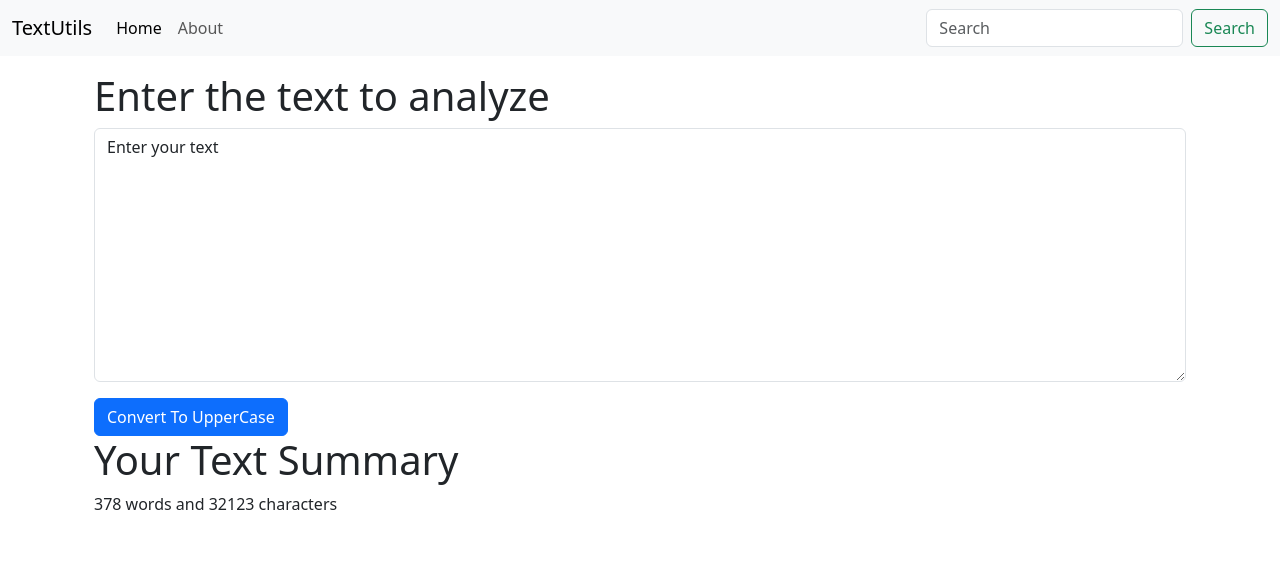
Repository: Rohit-foryou/Text-Utils
Page: /
The author's editor kept a copy of each file at every save. The page is drawn from the files as they stood at one save, then again after the next save.
The browser window is 1280 px wide. The pictures show the whole page.
The project was rebuilt for these pictures with package versions that can differ from the ones it lists, and the page was loaded fresh each time. Also part of the build but not shown: src/index.css, src/App.css.

Above is the page before, as saved 2023-12-20 21:08:57.

### public/index.html
<!DOCTYPE html>
<html lang="en">
  <head>
    <meta charset="utf-8" />
    <link rel="icon" href="%PUBLIC_URL%/favicon.ico" />
    <meta name="viewport" content="width=device-width, initial-scale=1" />
    <meta name="theme-color" content="#000000" />
    <meta
      name="description"
      content="Web site created using create-react-app"
    />
    <link rel="apple-touch-icon" href="%PUBLIC_URL%/logo192.png" />
    <link rel="manifest" href="%PUBLIC_URL%/manifest.json" />

    <!-- Bootstrap CSS -->
    <link href="https://cdn.jsdelivr.net/npm/bootstrap@5.3.2/dist/css/bootstrap.min.css" rel="stylesheet" integrity="sha384-T3c6CoIi6uLrA9TneNEoa7RxnatzjcDSCmG1MXxSR1GAsXEV/Dwwykc2MPK8M2HN" crossorigin="anonymous">

    <title>React App</title>
  </head>
  <body>
    <noscript>You need to enable JavaScript to run this app.</noscript>
    <div id="root"></div>

    <script src="https://cdn.jsdelivr.net/npm/bootstrap@5.3.2/dist/js/bootstrap.bundle.min.js" integrity="sha384-C6RzsynM9kWDrMNeT87bh95OGNyZPhcTNXj1NW7RuBCsyN/o0jlpcV8Qyq46cDfL" crossorigin="anonymous"></script>
  </body>
</html>

### src/App.js
import "./App.css";
import Navbar from "./components/Navbar";
import TextForm from "./components/TextForm";


function App() {
  return (
    <>
      <Navbar title = "TextUtils" aboutText = "About"/>
      <div className="container my-3">
      <TextForm heading = "Enter the text to analyze"/>
      </div>
    </>
  );
}

export default App;

### src/components/Navbar.js
import React from 'react'
import PropTypes from 'prop-types'


export default function Navbar(props) {
  return (
    <nav className="navbar navbar-expand-lg bg-body-tertiary">
        <div className="container-fluid">
          <a className="navbar-brand" href="/">{props.title}</a>
          <button className="navbar-toggler" type="button" data-bs-toggle="collapse" data-bs-target="#navbarSupportedContent" aria-controls="navbarSupportedContent" aria-expanded="false" aria-label="Toggle navigation">
            <span className="navbar-toggler-icon"></span>
          </button>
          <div className="collapse navbar-collapse" id="navbarSupportedContent">
            <ul className="navbar-nav me-auto mb-2 mb-lg-0">
              <li className="nav-item">
                <a className="nav-link active" aria-current="page" href="/">Home</a>
              </li>
              <li className="nav-item">
                <a className="nav-link" href="/">{props.aboutText}</a>
              </li>
            </ul>
            <form className="d-flex" role="search">
              <input className="form-control me-2" type="search" placeholder="Search" aria-label="Search"/>
              <button className="btn btn-outline-success" type="submit">Search</button>
            </form>
          </div>
        </div>
      </nav>
  )
}

Navbar.propTypes = {title: PropTypes.string.isRequired,
                     AboutText: PropTypes.string}

// Navbar.defaultProps = {
//     title: 'write title',
//     aboutText: 'About',
// }

### src/components/TextForm.js
import React, {useState} from 'react'


export default function TextForm(props) {
  const handleUpClick = ()=>{
      // console.log("uppercase is clicked" + text)
      let newText =  text.toUpperCase();
      setText(newText)
  }
  const handleOnChange = (event)=>{
      // console.log("On change")
      setText(event.target.value)
  }
  const [text, setText] = useState('Enter your text');
  return (
    <>
    <div className='container'>
        <h1>{props.heading}</h1>
        <div className="mb-3">
        <textarea className="form-control" value = {text} onChange={handleOnChange} id="myBox" rows="10"></textarea>
        </div>
        <button className="btn btn-primary" onClick={handleUpClick}>Convert To UpperCase</button>
    </div>
    <div className="container my3">
      <h1>Your Text Summary</h1>
      <p>378 words and 32123 characters</p>
    </div>
    </>
  )
}

Loaded but not shown: src/index.js (common file); src/reportWebVitals.js (common file)

After the next save:
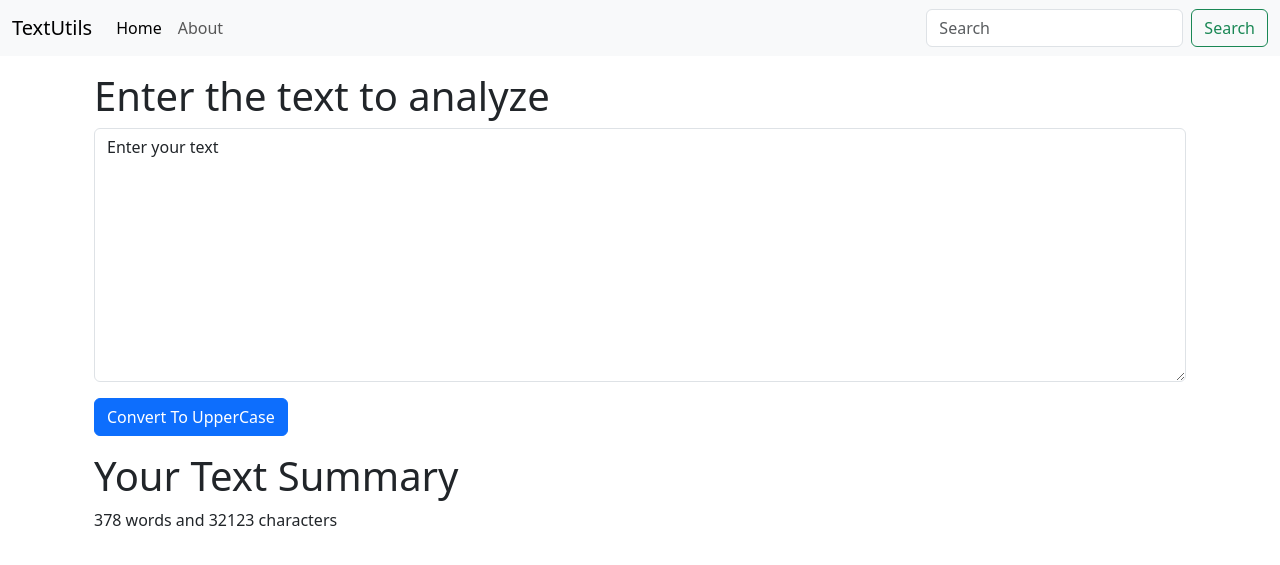
Saved 26 s later.
--- a/src/components/TextForm.js
+++ b/src/components/TextForm.js
@@ -21,7 +21,7 @@
         </div>
         <button className="btn btn-primary" onClick={handleUpClick}>Convert To UpperCase</button>
     </div>
-    <div className="container my3">
+    <div className="container my-3">
       <h1>Your Text Summary</h1>
       <p>378 words and 32123 characters</p>
     </div>
